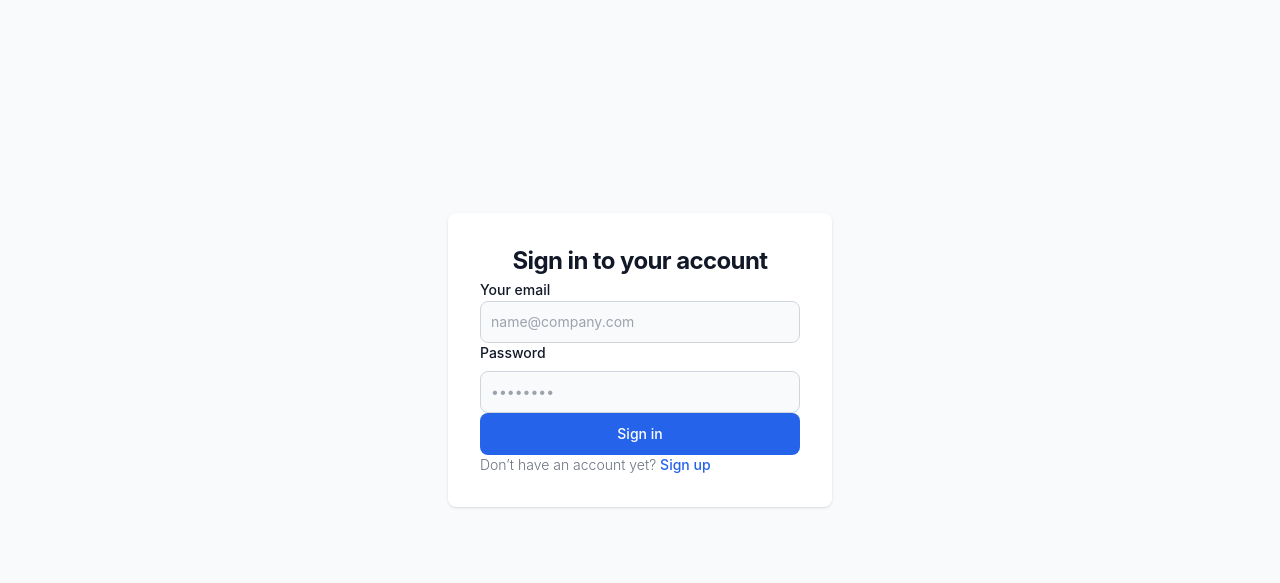
Repository: Than-sothearak/news-today
Page: /login (app in client/)
An editor plug-in stored every save of this project. The page is shown before and after the next save, followed by the edit.
The browser window is 1280 px wide. The pictures show the whole page.
The project was rebuilt for these pictures with package versions that can differ from the ones it lists, and the page was loaded fresh each time. Also part of the build but not shown: client/vite.config.js, client/data.js, client/src/components/Post.jsx, client/src/components/HeroBanner.jsx, client/src/page/Home.jsx, client/src/page/Register.jsx, client/src/page/Single.jsx, client/src/page/Write.jsx and 3 more.

Above is the page before, as saved 2023-03-05 17:47:07.

After the next save:
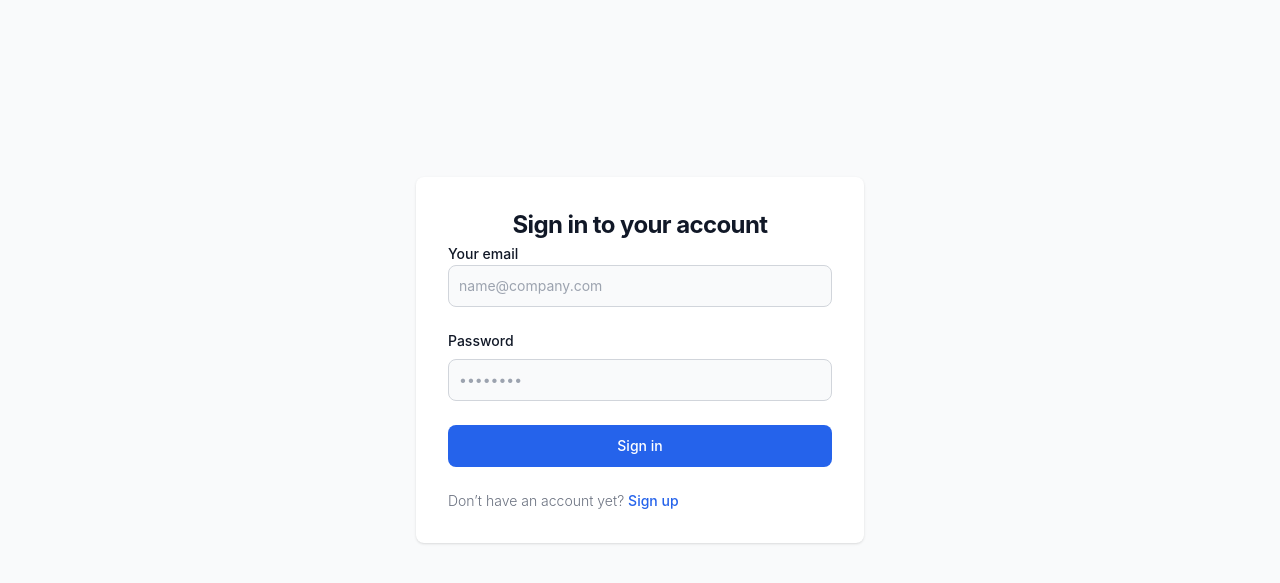
Saved 72 s later.
--- a/client/src/page/Login.jsx
+++ b/client/src/page/Login.jsx
@@ -4,12 +4,12 @@ export const Login = () => {
   return (
     <section className="bg-gray-50 dark:bg-gray-900">
       <div className="flex flex-col items-center justify-center px-6 py-8 mx-auto md:h-screen lg:py-0">
-        <div className="w-96 bg-white rounded-lg shadow dark:border dark:bg-gray-800 dark:border-gray-700">
+        <div className="w-full bg-white rounded-lg shadow dark:border md:mt-0 sm:max-w-md xl:p-0 dark:bg-gray-800 dark:border-gray-700">
           <div className="p-6 sm:p-8">
             <h1 className="text-xl font-bold leading-tight tracking-tight text-gray-900 md:text-2xl dark:text-white">
               Sign in to your account
             </h1>
-            <form className="text-start" action="#">
+            <form className="text-start md:space-y-6" action="#">
               <div>
                 <label
                   htmlFor="email"
